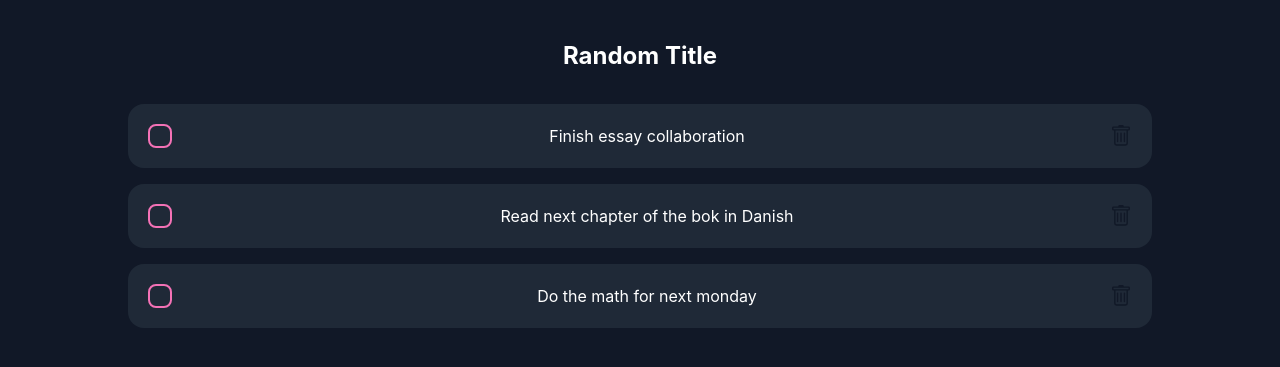
Repository: VachArt/react-exam-work
Page: /
These files come from the project's save history. The page is drawn as it stood at one moment and after the next save; the edit follows.
The browser window is 1280 px wide. The pictures show the whole page.
The project was rebuilt for these pictures with package versions that can differ from the ones it lists, and the page was loaded fresh each time.

Above is the page before, as saved 2022-04-27 21:20:24.

After the next save:
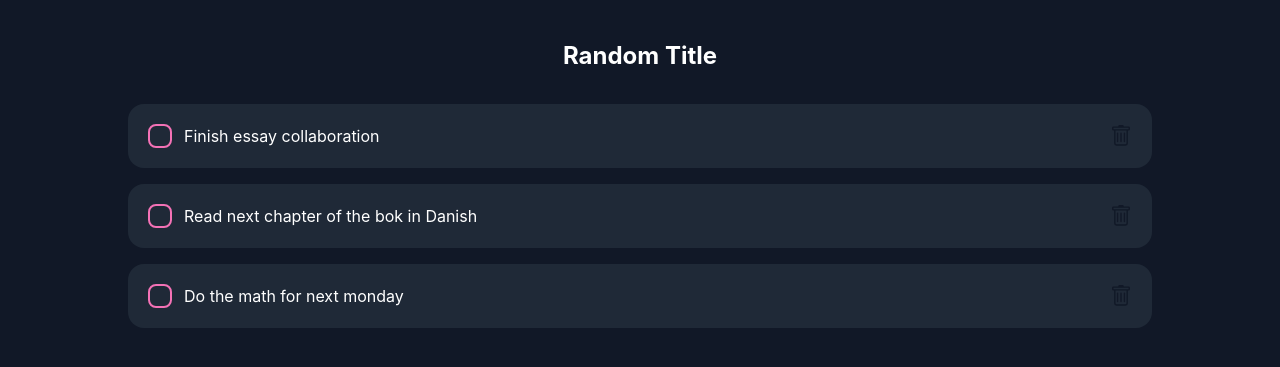
Saved 58 s later.
--- a/src/components/pages/Home/item/TodoItem.jsx
+++ b/src/components/pages/Home/item/TodoItem.jsx
@@ -8,15 +8,15 @@ const TodoItem = ({todo, changeTodo}) => {
         <button className='flex items-center justify-between mb-4 rounded-2xl bg-gray-800 p-5 w-full'
             onClick={() => changeTodo(todo._id)}
         >
-            <Check isCompleted={todo.isCompleted} />
             <span className='flex items-center'>
-                <span
-                    className={cn({
-                        'line-through': todo.isCompleted,
-                    })}
-                >
-                    {todo.title}
-                </span>
+                <Check isCompleted={todo.isCompleted} />
+                    <span
+                        className={cn({
+                            'line-through': todo.isCompleted,
+                        })}
+                    >
+                        {todo.title}
+                    </span>
             </span>
             <BsTrash size={22} className='text-gray-900' />
         </button>
